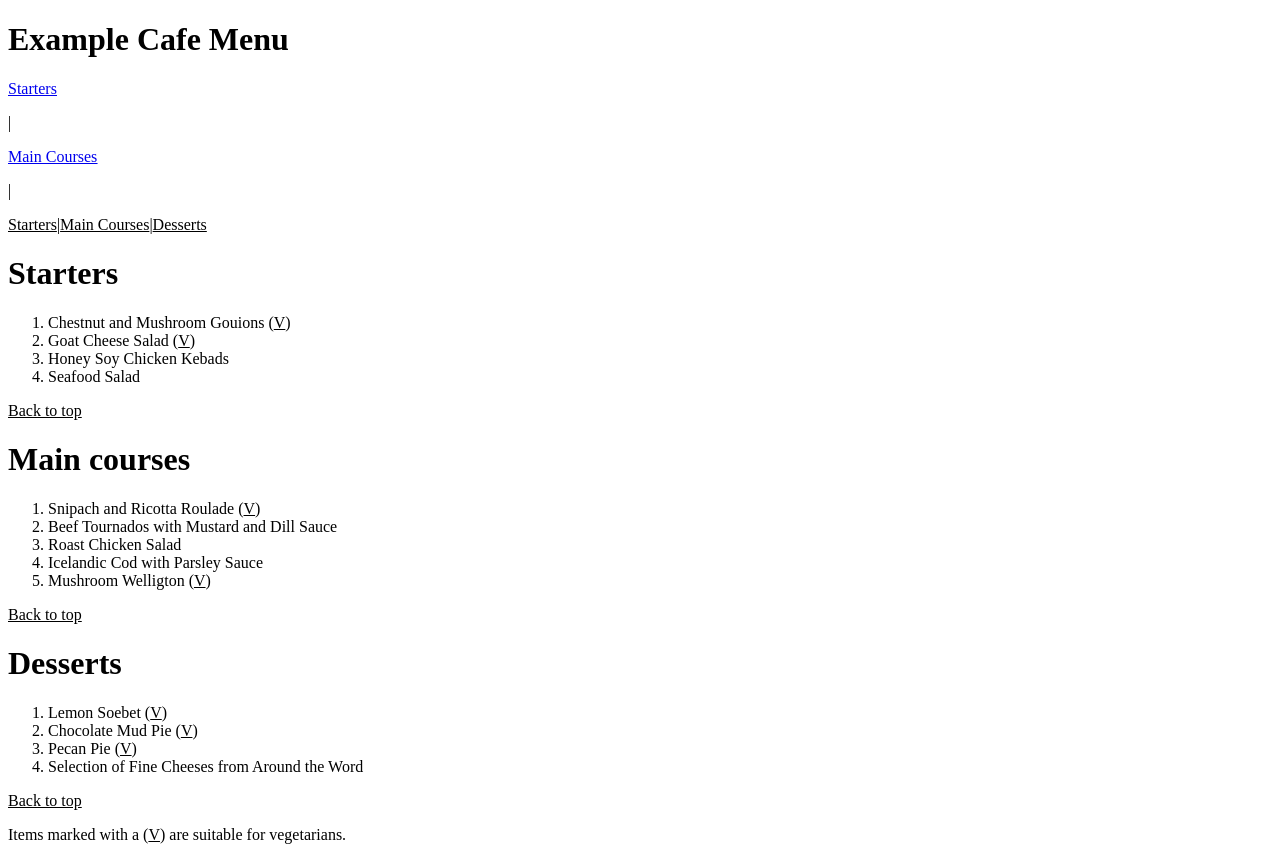
Repository: PhamChiXuan1/HTCNW_tuan3_DHCNTT16C_PhamChiXuan_20030131
Page: bt5.html
The author's editor kept a copy of each file at every save. The page is drawn from the files as they stood at one save, then again after the next save.
The browser window is 1280 px wide. The pictures show the whole page.

Above is the page before, as saved 2022-02-26 21:51:56.

After the next save:
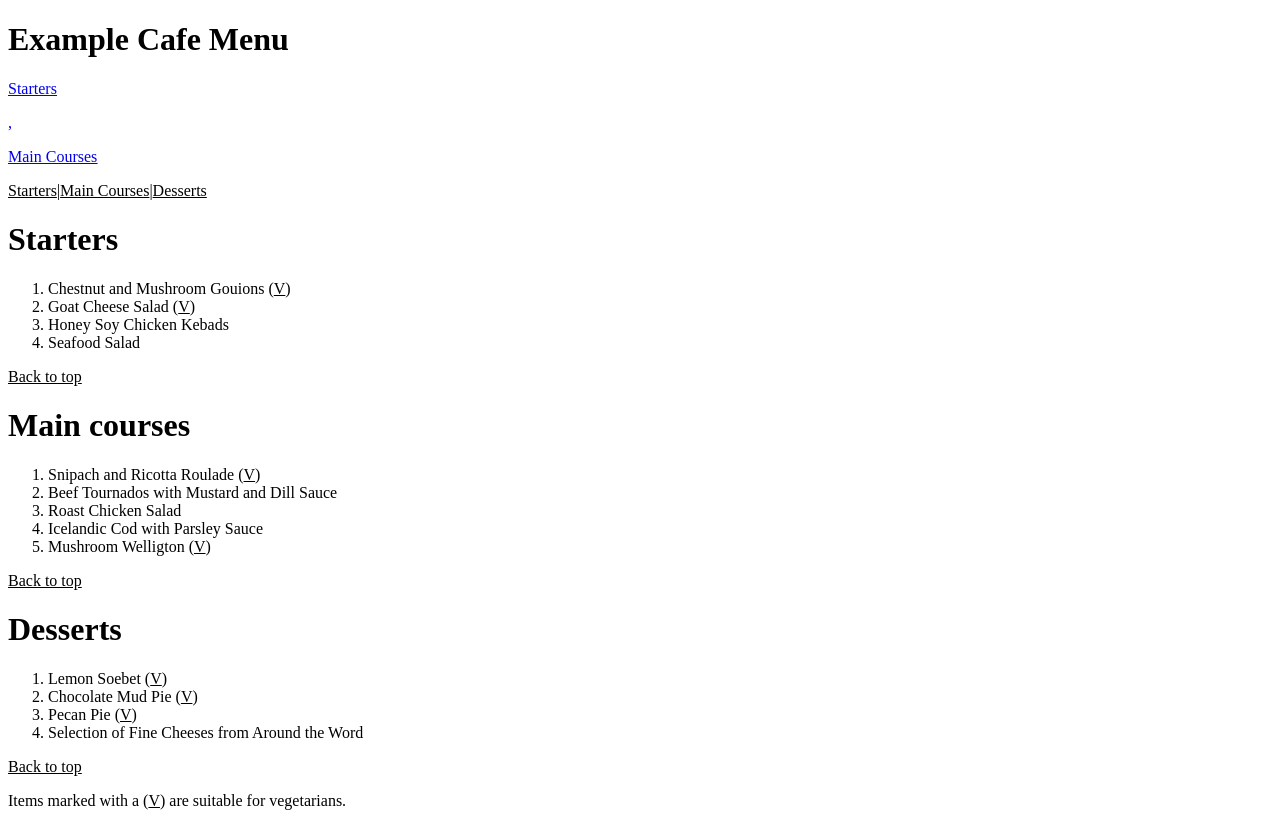
Saved 78 s later.
--- a/bt5.html
+++ b/bt5.html
@@ -8,7 +8,7 @@
 </head>
 <body>
     <H1>Example Cafe Menu</H1>
-    <A href="https://www.google.com/search?q=%E1%BA%A3nh+%C4%91%E1%BA%B9p&oq=%E1%BA%A3nh+%C4%91%E1%BA%B9p&aqs=chrome..69i57j69i59l2j69i60j5j69i60j69i61j69i60.1371j0j9&sourceid=chrome&ie=UTF-8"><P><U>Starters</U></P></A>| <A href="https://www.google.com/search?q=phim&oq=phim&aqs=chrome..69i57j69i59j35i39j0i433i512j0i131i433i512l3j0i433i512j0i131i433j0i512.682j0j4&sourceid=chrome&ie=UTF-8"><P><U>Main Courses</U></P></A>|
+    <A href="https://www.google.com/search?q=%E1%BA%A3nh+%C4%91%E1%BA%B9p&oq=%E1%BA%A3nh+%C4%91%E1%BA%B9p&aqs=chrome..69i57j69i59l2j69i60j5j69i60j69i61j69i60.1371j0j9&sourceid=chrome&ie=UTF-8","https://www.google.com/search?q=phim&oq=phim&aqs=chrome..69i57j69i59j35i39j0i433i512j0i131i433i512l3j0i433i512j0i131i433j0i512.682j0j4&sourceid=chrome&ie=UTF-8"><P><U>Starters</U></P>, <P><U>Main Courses</U></P></A>
     <P><U>Starters</U>|<U>Main Courses</U>|<U>Desserts</U></P>
     <H1>Starters</H1>
     <ol type="1">
